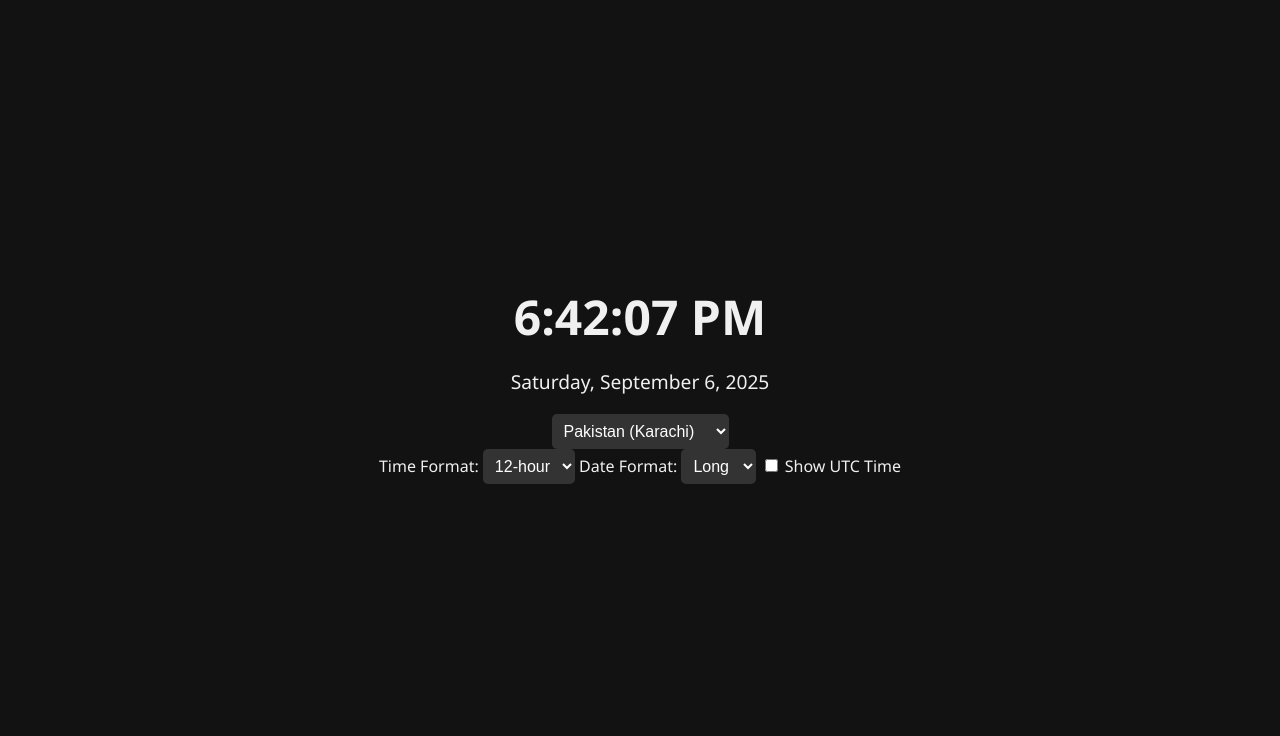
Repository: Rahim-Ullah/hexoforge-bootcamp
Page: phase-2-js-basic/digital-clock.html
An editor plug-in stored every save of this project. The page is shown before and after the next save, followed by the edit.
The browser window is 1280 px wide. The pictures show the whole page.

Above is the page before, as saved 2025-09-10 15:17:43.

After the next save:
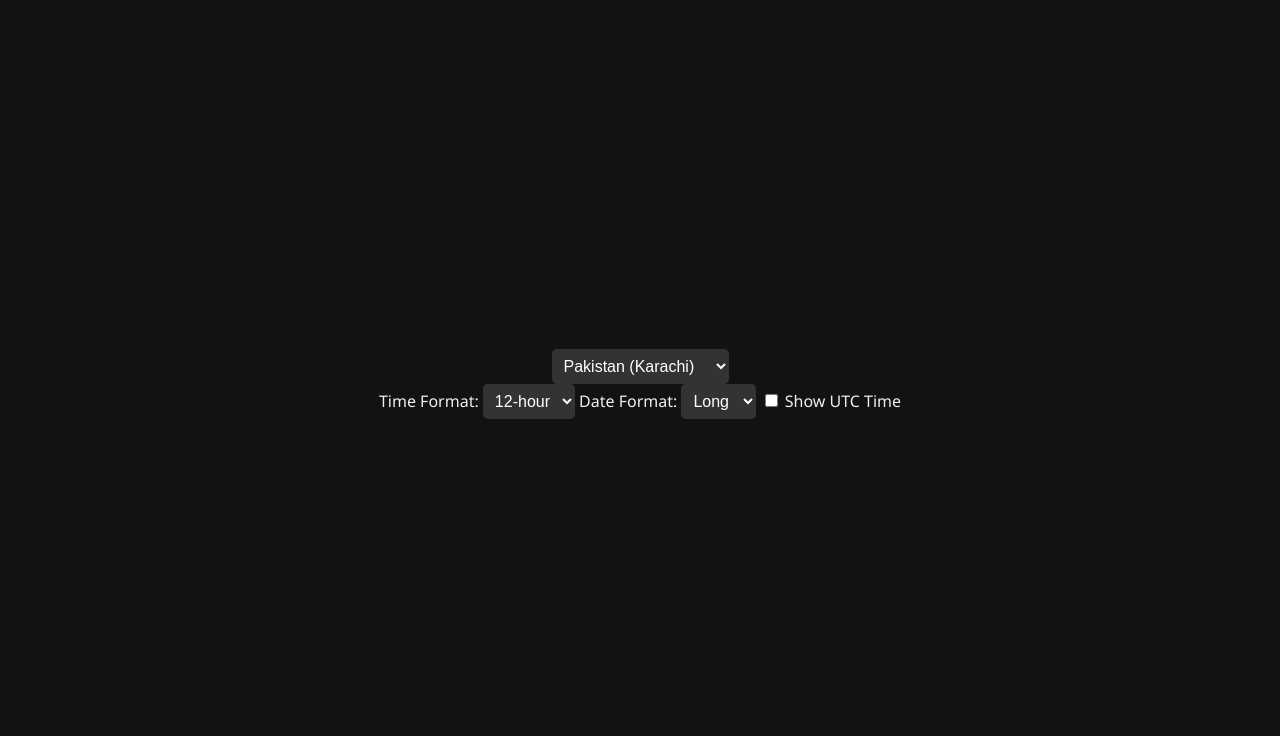
Console error: SyntaxError: Identifier 'timeEl' has already been declared
Saved 56 s later.
--- a/phase-2-js-basic/digital-clock.html
+++ b/phase-2-js-basic/digital-clock.html
@@ -106,6 +106,46 @@
             dateEl.textContent = dateString;
         }
 
+
+
+        const timeEl = document.getElementById('time');
+const dateEl = document.getElementById('date');
+const timezoneSelect = document.getElementById('timezone');
+const timeFormatSelect = document.getElementById('timeFormat');
+const dateFormatSelect = document.getElementById('dateFormat');
+const useUTCCheckbox = document.getElementById('useUTC');
+
+function updateClock() {
+  const tz = useUTCCheckbox.checked ? 'UTC' : timezoneSelect.value;
+  const hour12 = timeFormatSelect.value === '12';
+  const dateStyle = dateFormatSelect.value;
+
+  const now = new Date();
+
+  const timeOptions = {
+    hour: 'numeric',
+    minute: 'numeric',
+    second: 'numeric',
+    hour12,
+    timeZone: tz
+  };
+
+  const dateOptions = dateStyle === 'long'
+    ? { weekday: 'long', year: 'numeric', month: 'long', day: 'numeric', timeZone: tz }
+    : { year: 'numeric', month: 'numeric', day: 'numeric', timeZone: tz };
+
+  timeEl.textContent = new Intl.DateTimeFormat('en-US', timeOptions).format(now);
+  dateEl.textContent = new Intl.DateTimeFormat('en-US', dateOptions).format(now);
+}
+
+// Update on change
+[timezoneSelect, timeFormatSelect, dateFormatSelect, useUTCCheckbox].forEach(el =>
+  el.addEventListener('change', updateClock)
+);
+
+setInterval(updateClock, 1000);
+updateClock();
+
         timezoneSelect.addEventListener('change', updateClock);
         setInterval(updateClock, 1000);
         updateClock(); // Initial call

After the 3 saves that followed:
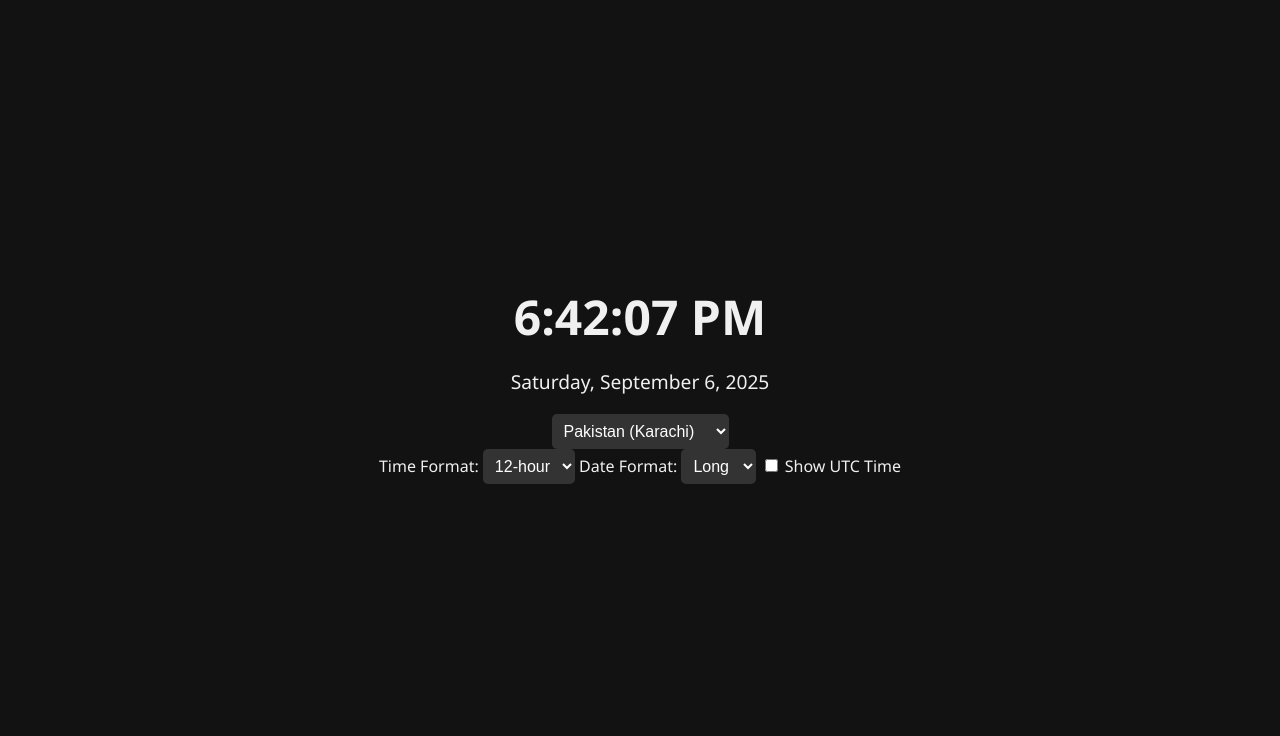
The error is gone.
The 3 saves are shown as one change because 1 left the picture as it was and some came seconds apart.
The last was saved 21 s later.
--- a/phase-2-js-basic/digital-clock.html
+++ b/phase-2-js-basic/digital-clock.html
@@ -108,43 +108,46 @@
 
 
 
-        const timeEl = document.getElementById('time');
-const dateEl = document.getElementById('date');
-const timezoneSelect = document.getElementById('timezone');
-const timeFormatSelect = document.getElementById('timeFormat');
-const dateFormatSelect = document.getElementById('dateFormat');
-const useUTCCheckbox = document.getElementById('useUTC');
+        // const timeEl = document.getElementById('time');
+        // const dateEl = document.getElementById('date');
+        // const timezoneSelect = document.getElementById('timezone');
+        const timeFormatSelect = document.getElementById('timeFormat');
+        const dateFormatSelect = document.getElementById('dateFormat');
+        const useUTCCheckbox = document.getElementById('useUTC');
 
-function updateClock() {
-  const tz = useUTCCheckbox.checked ? 'UTC' : timezoneSelect.value;
-  const hour12 = timeFormatSelect.value === '12';
-  const dateStyle = dateFormatSelect.value;
+        function updateClock() {
+            const tz = useUTCCheckbox.checked ? 'UTC' : timezoneSelect.value;
+            const hour12 = timeFormatSelect.value === '12';
+            const dateStyle = dateFormatSelect.value;
 
-  const now = new Date();
+            const now = new Date();
 
-  const timeOptions = {
-    hour: 'numeric',
-    minute: 'numeric',
-    second: 'numeric',
-    hour12,
-    timeZone: tz
-  };
+            const timeOptions = {
+                hour: 'numeric',
+                minute: 'numeric',
+                second: 'numeric',
+                hour12,
+                timeZone: tz
+            };
 
-  const dateOptions = dateStyle === 'long'
-    ? { weekday: 'long', year: 'numeric', month: 'long', day: 'numeric', timeZone: tz }
-    : { year: 'numeric', month: 'numeric', day: 'numeric', timeZone: tz };
+            const dateOptions = dateStyle === 'long'
+                ? { weekday: 'long', year: 'numeric', month: 'long', day: 'numeric', timeZone: tz }
+                : { year: 'numeric', month: 'numeric', day: 'numeric', timeZone: tz };
 
-  timeEl.textContent = new Intl.DateTimeFormat('en-US', timeOptions).format(now);
-  dateEl.textContent = new Intl.DateTimeFormat('en-US', dateOptions).format(now);
-}
+            timeEl.textContent = new Intl.DateTimeFormat('en-US', timeOptions).format(now);
+            dateEl.textContent = new Intl.DateTimeFormat('en-US', dateOptions).format(now);
+        }
 
-// Update on change
-[timezoneSelect, timeFormatSelect, dateFormatSelect, useUTCCheckbox].forEach(el =>
-  el.addEventListener('change', updateClock)
-);
+        // Update on change
+        [timezoneSelect, timeFormatSelect, dateFormatSelect, useUTCCheckbox].forEach(el =>
+            el.addEventListener('change', updateClock)
+        );
 
-setInterval(updateClock, 1000);
-updateClock();
+        setInterval(updateClock, 1000);
+        updateClock();
+
+
+
 
         timezoneSelect.addEventListener('change', updateClock);
         setInterval(updateClock, 1000);
